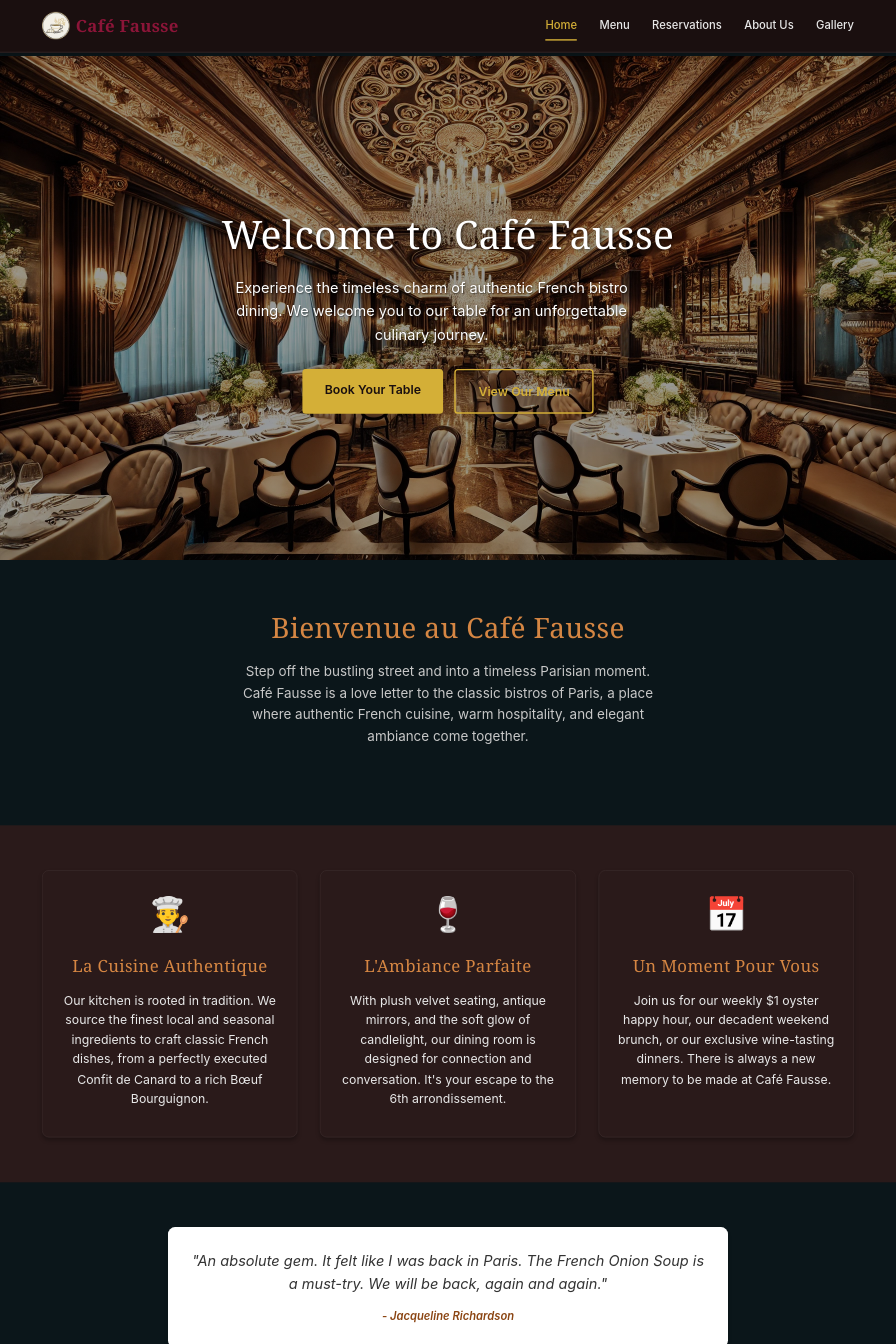
Repository: MatVanDenArt/MSSE-Cafe-Fausse
Page: / (app in frontend/)
The author's editor kept a copy of each file at every save. The page is drawn from the files as they stood at one save, then again after a run of saves.
The browser window is 1280 px wide. The pictures show the part of the page from y = 0 to 1920 px (the page is 2973 px tall), at 70% of full size.
The page's requests for data from a server got no answer. The project was rebuilt for these pictures with package versions that can differ from the ones it lists, and the page was loaded fresh each time. No one was signed in, and anything a server would have sent is missing. Also part of the build but not shown: frontend/src/pages/Menu.css, frontend/src/pages/Menu.js, frontend/src/pages/Reservations.css, frontend/src/pages/Reservations.js, frontend/src/pages/About.css, frontend/src/pages/About.js, frontend/src/pages/Gallery.css, frontend/src/pages/Gallery.js.

Above is the page before, as saved 2025-10-26 15:18:57.

### frontend/src/App.js
import React from "react";
import { BrowserRouter as Router, Routes, Route } from "react-router-dom";
import "./App.css";

// Import components
import Header from "./components/Header";
import Footer from "./components/Footer";
import Home from "./pages/Home";
import Menu from "./pages/Menu";
import Reservations from "./pages/Reservations";
import About from "./pages/About";
import Gallery from "./pages/Gallery";

function App() {
  return (
    <Router>
      <div className="App">
        <Header />
        <main className="main-content">
          <Routes>
            <Route path="/" element={<Home />} />
            <Route path="/menu" element={<Menu />} />
            <Route path="/reservations" element={<Reservations />} />
            <Route path="/about" element={<About />} />
            <Route path="/gallery" element={<Gallery />} />
          </Routes>
        </main>
        <Footer />
      </div>
    </Router>
  );
}

export default App;

### frontend/src/App.css
/* Global Styles */
* {
  margin: 0;
  padding: 0;
  box-sizing: border-box;
}

@import url("https://fonts.googleapis.com/css2?family=Cormorant+Garamond:ital,wght@0,300;0,400;0,500;0,600;0,700;1,300;1,400;1,500;1,600&family=Inter:wght@300;400;500;600&family=Source+Sans+Pro:ital,wght@0,300;0,400;0,600;1,300;1,400&display=swap");

body {
  font-family: "Inter", "Source Sans Pro", "Helvetica Neue", "Arial", sans-serif;
  line-height: 1.6;
  color: #e8e8e8;
  background-color: #0b161a;
  font-weight: 400;
}

.App {
  min-height: 100vh;
  display: flex;
  flex-direction: column;
}

.main-content {
  flex: 1;
  padding-top: 80px; /* Account for fixed header */
}

/* Typography */
h1,
h2,
h3,
h4,
h5,
h6 {
  font-family: "Cormorant Garamond", "EB Garamond", "Georgia", "Times New Roman",
    serif;
  font-weight: 500;
  margin-bottom: 1rem;
  letter-spacing: 0.5px;
}

h1 {
  font-size: 2.5rem;
  color: #d58643;
}

h2 {
  font-size: 2rem;
  color: #d58643;
}

h3 {
  font-size: 1.5rem;
  color: #d58643;
}

p {
  margin-bottom: 1rem;
  font-size: 1.1rem;
  font-family: "Inter", "Source Sans Pro", "Helvetica Neue", "Arial", sans-serif;
}

/* Container */
.container {
  max-width: 1200px;
  margin: 0 auto;
  padding: 0 20px;
}

/* Grid System */
.grid {
  display: grid;
  gap: 2rem;
}

.grid-2 {
  grid-template-columns: repeat(auto-fit, minmax(300px, 1fr));
}

.grid-3 {
  grid-template-columns: repeat(auto-fit, minmax(250px, 1fr));
}

.grid-4 {
  grid-template-columns: repeat(auto-fit, minmax(200px, 1fr));
}

/* Flexbox Utilities */
.flex {
  display: flex;
}

.flex-center {
  display: flex;
  justify-content: center;
  align-items: center;
}

.flex-between {
  display: flex;
  justify-content: space-between;
  align-items: center;
}

.flex-column {
  display: flex;
  flex-direction: column;
}

/* Buttons */
.btn {
  display: inline-block;
  padding: 12px 24px;
  background-color: #d4af37;
  color: #1a0f0f;
  text-decoration: none;
  border: none;
  border-radius: 5px;
  font-size: 1rem;
  font-weight: 600;
  cursor: pointer;
  transition: all 0.3s ease;
  text-align: center;
}

.btn:hover {
  background-color: #b8941f;
  transform: translateY(-2px);
  box-shadow: 0 4px 12px rgba(212, 175, 55, 0.4);
}

.btn-secondary {
  background-color: transparent;
  color: #d4af37;
  border: 2px solid #d4af37;
}

.btn-secondary:hover {
  background-color: #d4af37;
  color: #1a0f0f;
}

.btn-large {
  padding: 16px 32px;
  font-size: 1.1rem;
}

/* Forms */
.form-group {
  margin-bottom: 1.5rem;
}

.form-label {
  display: block;
  margin-bottom: 0.5rem;
  font-weight: 600;
  color: #d4af37;
}

.form-input,
.form-select,
.form-textarea {
  width: 100%;
  padding: 12px;
  border: 2px solid #3a2a2a;
  border-radius: 5px;
  font-size: 1rem;
  transition: border-color 0.3s ease;
  background-color: #2a1a1a;
  color: #e8e8e8;
}

.form-input:focus,
.form-select:focus,
.form-textarea:focus {
  outline: none;
  border-color: #d4af37;
  box-shadow: 0 0 0 3px rgba(212, 175, 55, 0.1);
}

.form-textarea {
  resize: vertical;
  min-height: 100px;
}

/* Cards */
.card {
  background: #2a1a1a;
  border-radius: 10px;
  box-shadow: 0 4px 6px rgba(0, 0, 0, 0.3);
  overflow: hidden;
  transition: transform 0.3s ease;
  border: 1px solid #3a2a2a;
}

.card:hover {
  transform: translateY(-5px);
}

.card-body {
  padding: 1.5rem;
}

.card-title {
  font-size: 1.25rem;
  margin-bottom: 0.5rem;
  color: #8b1538;
}

.card-text {
  color: #c8c8c8;
  margin-bottom: 1rem;
}

/* Images */
.img-responsive {
  width: 100%;
  height: auto;
  display: block;
}

.img-rounded {
  border-radius: 10px;
}

/* Sections */
.section {
  padding: 4rem 0;
}

.section-dark {
  background-color: #1a0f0f;
  color: white;
}

.section-light {
  background-color: #2a1a1a;
}

.section-title {
  text-align: center;
  margin-bottom: 3rem;
}

.section-title h2 {
  font-size: 2.5rem;
  margin-bottom: 1rem;
}

.section-title p {
  font-size: 1.2rem;
  color: #c8c8c8;
  max-width: 600px;
  margin: 0 auto;
}

/* Hero Section - Moved to Home.css */

.hero-content h1 {
  font-size: 3.5rem;
  margin-bottom: 1rem;
  color: white;
}

.hero-content p {
  font-size: 1.3rem;
  margin-bottom: 2rem;
  max-width: 600px;
}

.hero-buttons {
  display: flex;
  gap: 1rem;
  justify-content: center;
  flex-wrap: wrap;
}

/* Navigation */
.nav {
  background-color: white;
  box-shadow: 0 2px 10px rgba(0, 0, 0, 0.1);
  position: fixed;
  top: 0;
  left: 0;
  right: 0;
  z-index: 1000;
}

.nav-container {
  display: flex;
  justify-content: space-between;
  align-items: center;
  padding: 1rem 0;
}

.nav-logo {
  font-size: 1.5rem;
  font-weight: bold;
  color: #8b4513;
  text-decoration: none;
}

.nav-menu {
  display: flex;
  list-style: none;
  gap: 2rem;
}

.nav-link {
  color: #333;
  text-decoration: none;
  font-weight: 500;
  transition: color 0.3s ease;
}

.nav-link:hover {
  color: #8b4513;
}

/* Footer */
.footer {
  background-color: #333;
  color: white;
  padding: 3rem 0 1rem;
}

.footer-content {
  display: grid;
  grid-template-columns: repeat(auto-fit, minmax(250px, 1fr));
  gap: 2rem;
  margin-bottom: 2rem;
}

.footer-section h3 {
  color: #8b4513;
  margin-bottom: 1rem;
}

.footer-bottom {
  text-align: center;
  padding-top: 2rem;
  border-top: 1px solid #555;
  color: #ccc;
}

/* Responsive Design */
@media (max-width: 768px) {
  .container {
    padding: 0 15px;
  }

  .hero-content h1 {
    font-size: 2.5rem;
  }

  .hero-content p {
    font-size: 1.1rem;
  }

  .hero-buttons {
    flex-direction: column;
    align-items: center;
  }

  .nav-menu {
    flex-direction: column;
    gap: 1rem;
  }

  .grid-2,
  .grid-3,
  .grid-4 {
    grid-template-columns: 1fr;
  }

  h1 {
    font-size: 2rem;
  }

  h2 {
    font-size: 1.5rem;
  }
}

@media (max-width: 480px) {
  .hero-content h1 {
    font-size: 2rem;
  }

  .section {
    padding: 2rem 0;
  }

  .btn {
    padding: 10px 20px;
    font-size: 0.9rem;
  }
}

/* Utility Classes */
.text-center {
  text-align: center;
}

.text-left {
  text-align: left;
}

.text-right {
  text-align: right;
}

.mb-1 {
  margin-bottom: 0.5rem;
}
.mb-2 {
  margin-bottom: 1rem;
}
.mb-3 {
  margin-bottom: 1.5rem;
}
.mb-4 {
  margin-bottom: 2rem;
}

.mt-1 {
  margin-top: 0.5rem;
}
.mt-2 {
  margin-top: 1rem;
}
.mt-3 {
  margin-top: 1.5rem;
}
.mt-4 {
  margin-top: 2rem;
}

.p-1 {
  padding: 0.5rem;
}
.p-2 {
  padding: 1rem;
}
.p-3 {
  padding: 1.5rem;
}
.p-4 {
  padding: 2rem;
}

.hidden {
  display: none;
}

.visible {
  display: block;
}

### frontend/src/components/Header.js
import React, { useState } from "react";
import { Link, useLocation } from "react-router-dom";
import "./Header.css";

const Header = () => {
  const [isMenuOpen, setIsMenuOpen] = useState(false);
  const location = useLocation();

  const toggleMenu = () => {
    setIsMenuOpen(!isMenuOpen);
  };

  const closeMenu = () => {
    setIsMenuOpen(false);
  };

  const isActive = (path) => {
    return location.pathname === path ? "active" : "";
  };

  return (
    <nav className="nav">
      <div className="container">
        <div className="nav-container">
          <Link to="/" className="nav-logo" onClick={closeMenu}>
            <img
              src="/images/Logo - Cafe Fausse.png"
              alt="Café Fausse Logo"
              className="nav-logo-img"
            />
            <span className="nav-logo-text">Café Fausse</span>
          </Link>

          <div className={`nav-menu ${isMenuOpen ? "nav-menu-open" : ""}`}>
            <Link
              to="/"
              className={`nav-link ${isActive("/")}`}
              onClick={closeMenu}
            >
              Home
            </Link>
            <Link
              to="/menu"
              className={`nav-link ${isActive("/menu")}`}
              onClick={closeMenu}
            >
              Menu
            </Link>
            <Link
              to="/reservations"
              className={`nav-link ${isActive("/reservations")}`}
              onClick={closeMenu}
            >
              Reservations
            </Link>
            <Link
              to="/about"
              className={`nav-link ${isActive("/about")}`}
              onClick={closeMenu}
            >
              About Us
            </Link>
            <Link
              to="/gallery"
              className={`nav-link ${isActive("/gallery")}`}
              onClick={closeMenu}
            >
              Gallery
            </Link>
          </div>

          <button
            className="nav-toggle"
            onClick={toggleMenu}
            aria-label="Toggle navigation menu"
          >
            <span className="nav-toggle-line"></span>
            <span className="nav-toggle-line"></span>
            <span className="nav-toggle-line"></span>
          </button>
        </div>
      </div>
    </nav>
  );
};

export default Header;

### frontend/src/components/Footer.js
import React, { useState } from "react";
import "./Footer.css";

const Footer = () => {
  const [email, setEmail] = useState("");
  const [isSubscribed, setIsSubscribed] = useState(false);
  const [isLoading, setIsLoading] = useState(false);

  const handleNewsletterSubmit = async (e) => {
    e.preventDefault();
    if (!email) return;

    setIsLoading(true);
    try {
      const response = await fetch("http://localhost:5000/api/newsletter", {
        method: "POST",
        headers: {
          "Content-Type": "application/json",
        },
        body: JSON.stringify({ email }),
      });

      if (response.ok) {
        setIsSubscribed(true);
        setEmail("");
      } else {
        const error = await response.json();
        console.error("Newsletter signup error:", error);
      }
    } catch (error) {
      console.error("Newsletter signup error:", error);
    } finally {
      setIsLoading(false);
    }
  };

  return (
    <footer className="footer">
      <div className="container">
        <div className="footer-content">
          <div className="footer-section">
            <h3>Café Fausse</h3>
            <p>
              Experience the timeless charm of authentic French bistro dining.
              We welcome you to our table for an unforgettable culinary journey.
            </p>
          </div>

          <div className="footer-section">
            <h3>Contact Info</h3>
            <p>
              <strong>Address:</strong><br />
              1234 Culinary Ave, Suite 100<br />
              Washington, DC 20002
            </p>
            <p>
              <strong>Phone:</strong><br />
              (202) 555-4567
            </p>
          </div>

          <div className="footer-section">
            <h3>Hours</h3>
            <p>
              <strong>Monday – Saturday:</strong><br />
              5:00 PM – 11:00 PM
            </p>
            <p>
              <strong>Sunday:</strong><br />
              5:00 PM – 9:00 PM
            </p>
          </div>

          <div className="footer-section">
            <h3>Newsletter</h3>
            <p>Subscribe to our newsletter for updates and special offers.</p>
            {isSubscribed ? (
              <div className="newsletter-success">
                <p>Thank you for subscribing!</p>
              </div>
            ) : (
              <form onSubmit={handleNewsletterSubmit} className="newsletter-form">
                <input
                  type="email"
                  placeholder="Enter your email"
                  value={email}
                  onChange={(e) => setEmail(e.target.value)}
                  required
                  className="newsletter-input"
                />
                <button
                  type="submit"
                  disabled={isLoading}
                  className="btn btn-secondary newsletter-btn"
                >
                  {isLoading ? "Subscribing..." : "Subscribe"}
                </button>
              </form>
            )}
          </div>
        </div>

        <div className="footer-bottom">
          <p>&copy; 2024 Café Fausse. All rights reserved.</p>
        </div>
      </div>
    </footer>
  );
};

export default Footer;

### frontend/src/components/Header.css
.nav {
  background-color: #1a0f0f;
  box-shadow: 0 2px 10px rgba(0, 0, 0, 0.3);
  position: fixed;
  top: 0;
  left: 0;
  right: 0;
  z-index: 1000;
  border-bottom: 1px solid #3a2a2a;
}

.nav-container {
  display: flex;
  justify-content: space-between;
  align-items: center;
  padding: 1rem 0;
}

.nav-logo {
  display: flex;
  align-items: center;
  gap: 0.5rem;
  text-decoration: none;
  font-family: "Cormorant Garamond", "EB Garamond", "Georgia", "Times New Roman",
    serif;
  font-weight: 500;
  letter-spacing: 0.5px;
}

.nav-logo-img {
  height: 40px;
  width: auto;
}

.nav-logo-text {
  font-size: 1.5rem;
  font-weight: bold;
  color: #8b1538;
}

.nav-logo:hover .nav-logo-text {
  color: #d4af37;
}

.nav-menu {
  display: flex;
  list-style: none;
  gap: 2rem;
  margin: 0;
  padding: 0;
}

.nav-link {
  color: #e8e8e8;
  text-decoration: none;
  font-weight: 500;
  transition: color 0.3s ease;
  padding: 0.5rem 0;
  position: relative;
}

.nav-link:hover,
.nav-link.active {
  color: #d4af37;
}

.nav-link.active::after {
  content: "";
  position: absolute;
  bottom: 0;
  left: 0;
  right: 0;
  height: 2px;
  background-color: #d4af37;
}

.nav-toggle {
  display: none;
  flex-direction: column;
  background: none;
  border: none;
  cursor: pointer;
  padding: 0.5rem;
}

.nav-toggle-line {
  width: 25px;
  height: 3px;
  background-color: #8b1538;
  margin: 3px 0;
  transition: 0.3s;
}

/* Mobile Navigation */
@media (max-width: 768px) {
  .nav-toggle {
    display: flex;
  }

  .nav-menu {
    position: fixed;
    top: 100%;
    left: 0;
    right: 0;
    background-color: white;
    flex-direction: column;
    padding: 2rem;
    box-shadow: 0 2px 10px rgba(0, 0, 0, 0.1);
    transform: translateY(-100%);
    opacity: 0;
    visibility: hidden;
    transition: all 0.3s ease;
  }

  .nav-menu-open {
    transform: translateY(0);
    opacity: 1;
    visibility: visible;
  }

  .nav-link {
    padding: 1rem 0;
    border-bottom: 1px solid #eee;
    text-align: center;
  }

  .nav-link:last-child {
    border-bottom: none;
  }

  .nav-toggle-line:nth-child(1) {
    transform: rotate(45deg) translate(5px, 5px);
  }

  .nav-toggle-line:nth-child(2) {
    opacity: 0;
  }

  .nav-toggle-line:nth-child(3) {
    transform: rotate(-45deg) translate(7px, -6px);
  }
}

### frontend/src/components/Footer.css
.footer {
  background-color: #1a0f0f;
  color: #e8e8e8;
  padding: 3rem 0 1rem;
  margin-top: auto;
  border-top: 1px solid #3a2a2a;
}

.footer-content {
  display: grid;
  grid-template-columns: repeat(auto-fit, minmax(250px, 1fr));
  gap: 2rem;
  margin-bottom: 2rem;
}

.footer-section h3 {
  color: #d4af37;
  margin-bottom: 1rem;
  font-size: 1.2rem;
  font-family: "Cormorant Garamond", "EB Garamond", "Georgia", "Times New Roman",
    serif;
  font-weight: 500;
  letter-spacing: 0.5px;
}

.footer-section p {
  margin-bottom: 0.5rem;
  line-height: 1.6;
  color: #c8c8c8;
}

.footer-section strong {
  color: #d4af37;
}

.newsletter-form {
  display: flex;
  flex-direction: column;
  gap: 0.5rem;
  margin-top: 1rem;
}

.newsletter-input {
  padding: 0.75rem;
  border: 1px solid #3a2a2a;
  border-radius: 5px;
  background-color: #2a1a1a;
  color: #e8e8e8;
  font-size: 0.9rem;
}

.newsletter-input::placeholder {
  color: #ccc;
}

.newsletter-input:focus {
  outline: none;
  border-color: #d4af37;
}

.newsletter-btn {
  padding: 0.75rem;
  font-size: 0.9rem;
  border: 2px solid #d4af37;
  background-color: transparent;
  color: #d4af37;
}

.newsletter-btn:hover {
  background-color: #d4af37;
  color: #1a1a2e;
}

.newsletter-btn:disabled {
  opacity: 0.6;
  cursor: not-allowed;
}

.newsletter-success {
  background-color: #4caf50;
  padding: 1rem;
  border-radius: 5px;
  text-align: center;
  margin-top: 1rem;
}

.newsletter-success p {
  margin: 0;
  color: white;
  font-weight: 600;
}

.footer-bottom {
  text-align: center;
  padding-top: 2rem;
  border-top: 1px solid #3a2a2a;
  color: #a8a8a8;
}

.footer-bottom p {
  margin: 0;
  font-size: 0.9rem;
}

@media (max-width: 768px) {
  .footer {
    padding: 2rem 0 1rem;
  }

  .footer-content {
    grid-template-columns: 1fr;
    gap: 1.5rem;
  }

  .newsletter-form {
    flex-direction: column;
  }
}

### frontend/src/pages/Home.css
.home {
  min-height: 100vh;
}

.hero {
  height: 100vh;
  display: flex;
  align-items: center;
  justify-content: center;
  text-align: center;
  color: white;
  position: relative;
}

.hero-content h1 {
  font-size: 3.5rem;
  margin-bottom: 1rem;
  color: white;
  text-shadow: 2px 2px 4px rgba(0, 0, 0, 0.5);
}

.hero-content p {
  font-size: 1.3rem;
  margin-bottom: 2rem;
  max-width: 600px;
  text-shadow: 1px 1px 2px rgba(0, 0, 0, 0.5);
}

.hero-buttons {
  display: flex;
  gap: 1rem;
  justify-content: center;
  flex-wrap: wrap;
}

.pillar-icon {
  font-size: 3rem;
  margin-bottom: 1rem;
}

.testimonial {
  text-align: center;
  max-width: 800px;
  margin: 0 auto;
  padding: 2rem;
  background: white;
  border-radius: 10px;
  box-shadow: 0 4px 6px rgba(0, 0, 0, 0.1);
}

.testimonial blockquote {
  font-size: 1.3rem;
  font-style: italic;
  margin-bottom: 1rem;
  color: #333;
  line-height: 1.6;
}

.testimonial cite {
  font-size: 1rem;
  color: #8b4513;
  font-weight: 600;
}

.contact-info {
  background: white;
  padding: 2rem;
  border-radius: 10px;
  box-shadow: 0 4px 6px rgba(0, 0, 0, 0.1);
}

.contact-info h3 {
  color: #8b4513;
  margin-bottom: 1rem;
}

.contact-info p {
  margin-bottom: 0.5rem;
  color: #666;
}

@media (max-width: 768px) {
  .hero-content h1 {
    font-size: 2.5rem;
  }

  .hero-content p {
    font-size: 1.1rem;
  }

  .hero-buttons {
    flex-direction: column;
    align-items: center;
  }

  .pillar-icon {
    font-size: 2.5rem;
  }

  .testimonial {
    padding: 1.5rem;
  }

  .testimonial blockquote {
    font-size: 1.1rem;
  }

  .contact-info {
    padding: 1.5rem;
  }
}

@media (max-width: 480px) {
  .hero-content h1 {
    font-size: 2rem;
  }

  .hero-content p {
    font-size: 1rem;
  }

  .testimonial {
    padding: 1rem;
  }

  .testimonial blockquote {
    font-size: 1rem;
  }
}

Loaded but not shown: frontend/public/index.html (common file); frontend/src/index.js (common file); frontend/src/index.css (common file); frontend/src/reportWebVitals.js (common file); frontend/src/pages/Home.js (180 lines, source omitted)

After the next 2 saves:
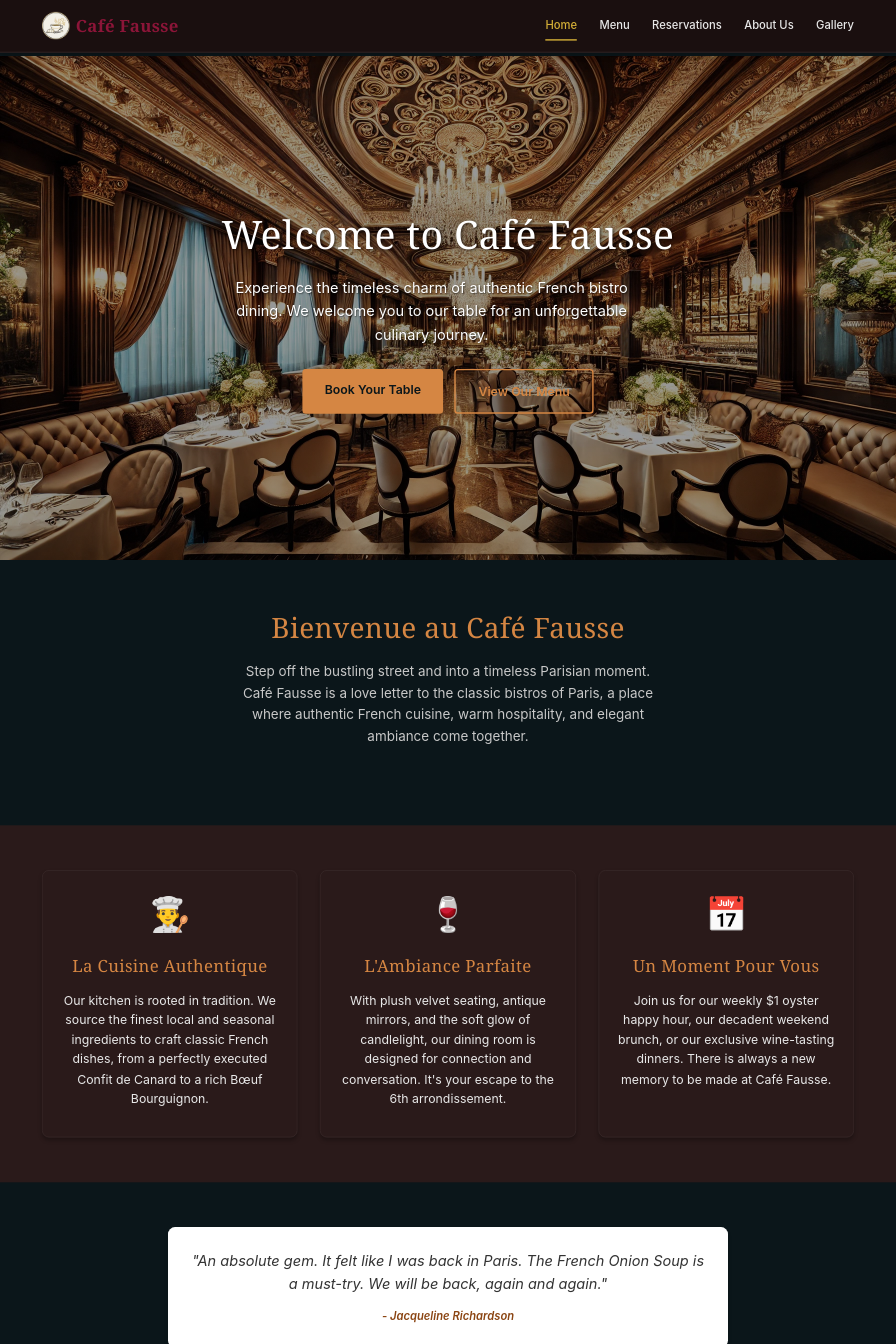
The 2 saves are shown as one change because they came seconds apart.
The last was saved 8 s later.
--- a/frontend/src/App.css
+++ b/frontend/src/App.css
@@ -112,8 +112,8 @@ p {
 .btn {
   display: inline-block;
   padding: 12px 24px;
-  background-color: #d4af37;
-  color: #1a0f0f;
+  background-color: #d58643;
+  color: #0b161a;
   text-decoration: none;
   border: none;
   border-radius: 5px;
@@ -125,20 +125,20 @@ p {
 }
 
 .btn:hover {
-  background-color: #b8941f;
+  background-color: #c0763a;
   transform: translateY(-2px);
-  box-shadow: 0 4px 12px rgba(212, 175, 55, 0.4);
+  box-shadow: 0 4px 12px rgba(213, 134, 67, 0.4);
 }
 
 .btn-secondary {
   background-color: transparent;
-  color: #d4af37;
-  border: 2px solid #d4af37;
+  color: #d58643;
+  border: 2px solid #d58643;
 }
 
 .btn-secondary:hover {
-  background-color: #d4af37;
-  color: #1a0f0f;
+  background-color: #d58643;
+  color: #0b161a;
 }
 
 .btn-large {
@@ -155,7 +155,7 @@ p {
   display: block;
   margin-bottom: 0.5rem;
   font-weight: 600;
-  color: #d4af37;
+  color: #d58643;
 }
 
 .form-input,
